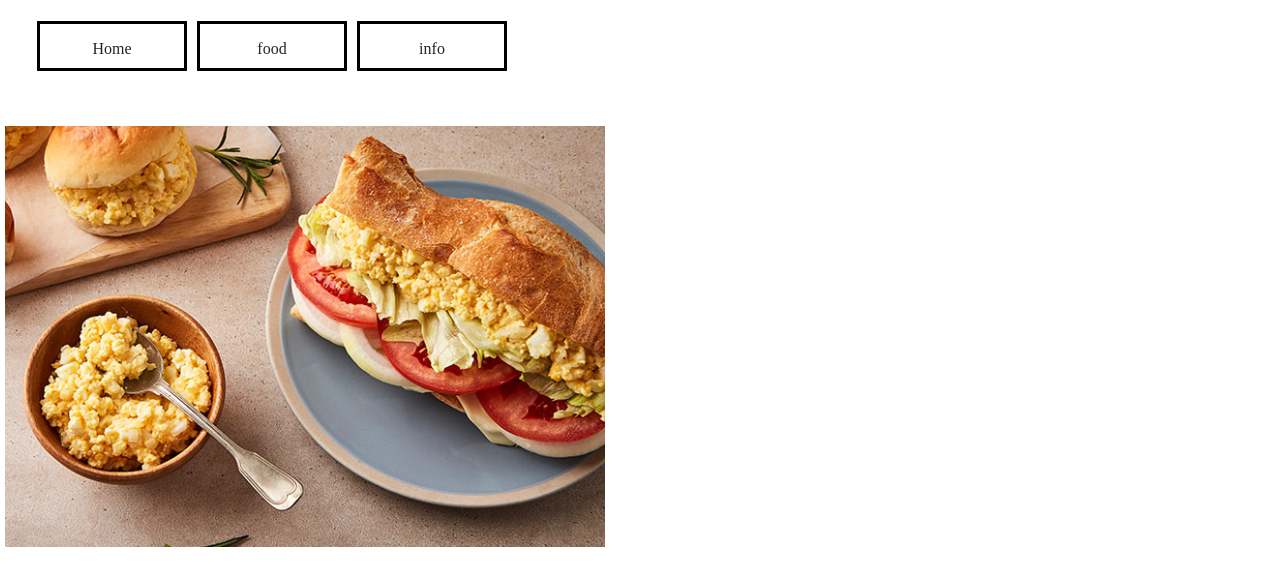
Repository: jini8293/Sist_04
Page: jspwork/jspProject/src/main/webapp/day0305_quiz/readQuiz.html
The author's editor kept a copy of each file at every save. The page is drawn from the files as they stood at one save, then again after the next save.
The browser window is 1280 px wide. The pictures show the whole page.
After loading, the first visible `li` was clicked once.
Some web fonts or font styles are not loaded; a fallback is used.

Above is the page before, as saved 2024-03-05 06:13:55.

### jspwork/jspProject/src/main/webapp/day0305_quiz/readQuiz.html
<!DOCTYPE html>
<html>
<head>
<meta charset="UTF-8">
<link
	href="https://fonts.googleapis.com/css2?family=Black+Han+Sans&family=Gowun+Dodum&family=IBM+Plex+Sans+KR&display=swap"
	rel="stylesheet">
<link
	href="https://cdn.jsdelivr.net/npm/bootstrap@5.3.2/dist/css/bootstrap.min.css"
	rel="stylesheet">
<script src="https://code.jquery.com/jquery-3.7.0.js"></script>
<title>Insert title here</title>
<style type="text/css">
	ul li{
		list-style: none;
		width: 150px;
		height: 50px;
		text-align: center;
		line-height: 50px;
		border: 3px solid black;
		margin: 5px;
		float: left;
		cursor: pointer;
		font-family: Black Han Sans;
	}
</style>
<script type="text/javascript">

$(function() {


	$("li:eq(0)").click(function() {
		$("#show").html("<img src='../image/food/1.jpg' width='600' style='margin-left:5px;'>");
	});
});
</script>
</head>
<body>
	<ul>
		<li>Home</li>
		<li>food</li>
		<li>info</li>
	</ul>

	<div style="clear: both;"></div>

	<div id="show" style="margin-top: 50px;"></div>
</body>
</html>

After the next save:
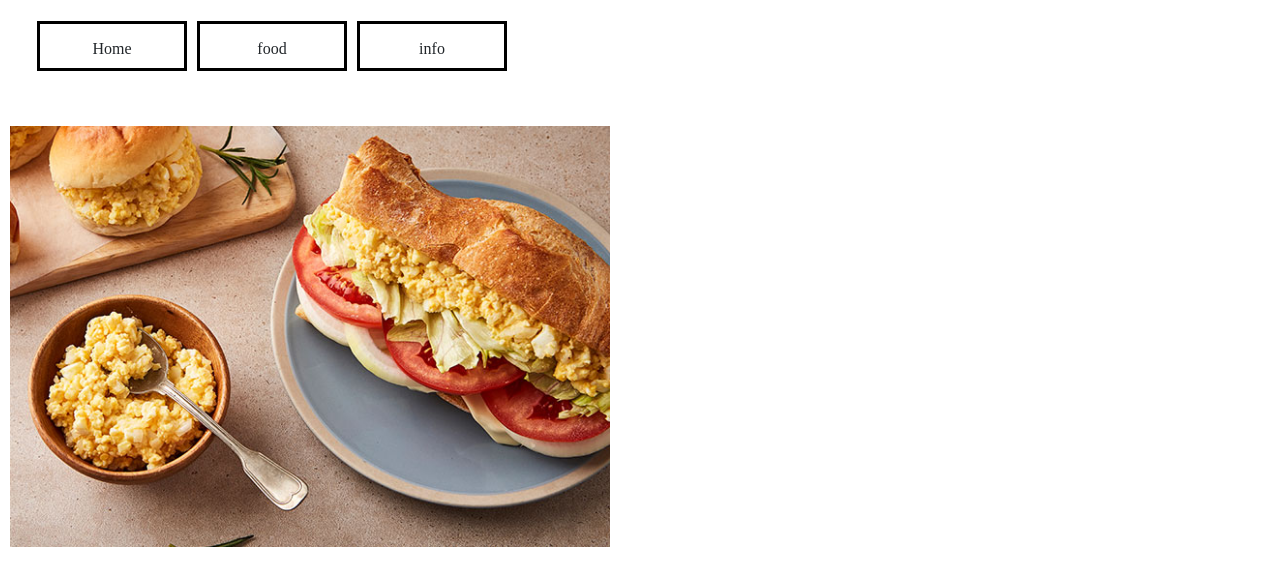
Saved 12 s later.
--- a/jspwork/jspProject/src/main/webapp/day0305_quiz/readQuiz.html
+++ b/jspwork/jspProject/src/main/webapp/day0305_quiz/readQuiz.html
@@ -30,7 +30,7 @@
 
 
 	$("li:eq(0)").click(function() {
-		$("#show").html("<img src='../image/food/1.jpg' width='600' style='margin-left:5px;'>");
+		$("#show").html("<img src='../image/food/1.jpg' width='600' style='margin-left:10px;'>");
 	});
 });
 </script>
